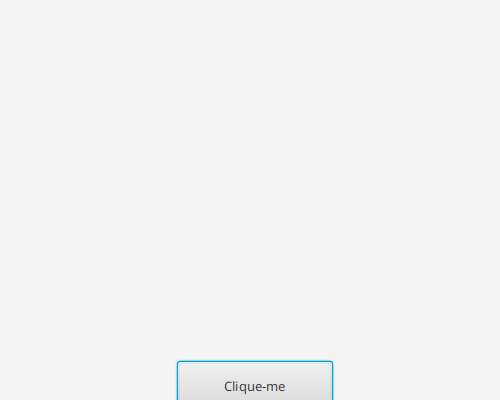
Repository: pydawan/Java_FX
Program's window: java workspace/JavaFX_ProjetoSceneBuilder_CSS_3/src/application/Main.java
These files come from the project's save history. The program's window is drawn as it stood at one moment and after the next save; the edit follows.
It runs on Java 21 on a 1366 x 768 screen with JavaFX 11; the title bar is not drawn. Random numbers start from a fixed seed.

Above is the program's window before, as saved 2016-11-18 16:19:45.

### workspace/JavaFX_ProjetoSceneBuilder_CSS_3/src/application/Main.java
package application;

import javafx.application.Application;
import javafx.fxml.FXMLLoader;
import javafx.stage.Stage;
import javafx.scene.Parent;
import javafx.scene.Scene;
import javafx.scene.layout.BorderPane;


public class Main extends Application {
	@Override
	public void start(Stage primaryStage) {
		try {
			//BorderPane root = new BorderPane();

			Parent root = FXMLLoader.load(getClass().getResource("/application/Main.fxml"));
			Scene scene = new Scene(root,400,400);
			scene.getStylesheets().add(getClass().getResource("application.css").toExternalForm());
			primaryStage.setScene(scene);
			primaryStage.show();
		} catch(Exception e) {
			e.printStackTrace();
		}
	}

	public static void main(String[] args) {
		launch(args);
	}
}

### workspace/JavaFX_ProjetoSceneBuilder_CSS_3/src/application/ControleRandom.java
package application;

import java.util.Random;

import javafx.event.ActionEvent;
import javafx.fxml.FXML;
import javafx.scene.control.Label;

public class ControleRandom {

	@FXML
	private Label label;
	public void generateRandom(ActionEvent evento){

		Random random = new Random();
		int myRandom = random.nextInt(70)+1;
		label.setText(Integer.toString(myRandom));
	}

}

### workspace/JavaFX_ProjetoSceneBuilder_CSS_3/src/application/Main.fxml
<?xml version="1.0" encoding="UTF-8"?>

<?import javafx.scene.control.*?>
<?import java.lang.*?>
<?import javafx.scene.*?>
<?import javafx.scene.layout.*?>
<?import javafx.scene.layout.AnchorPane?>

<AnchorPane prefHeight="500" prefWidth="500" xmlns="http://javafx.com/javafx/8" xmlns:fx="http://javafx.com/fxml/1" fx:controller="application.ControleRandom">
   <children>
      <Button fx:id="click" layoutX="177.0" layoutY="361.0" mnemonicParsing="false" onAction="#generateRandom" prefHeight="50.0" prefWidth="156.0" text="Clique-me" />
      <Label alignment="CENTER" layoutX="184.0" layoutY="188.0" prefHeight="17.0" prefWidth="156.0" />
      <Label fx:id="label" alignment="CENTER" layoutX="182.0" layoutY="242.0" prefHeight="17.0" prefWidth="163.0" />
   </children>
</AnchorPane>

Loaded but not shown: workspace/JavaFX_ProjetoSceneBuilder_CSS_3/src/application/application.css (common file)

After the next save:
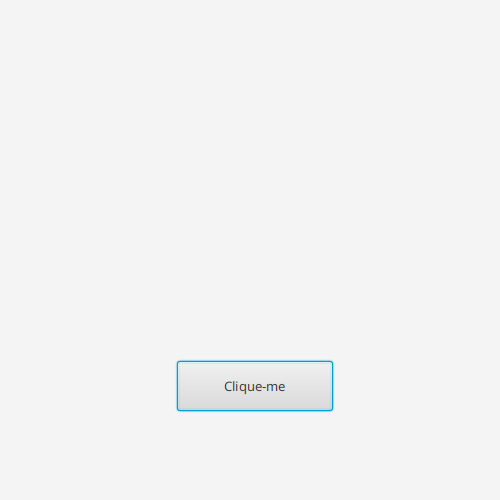
Saved 86 s later.
--- a/workspace/JavaFX_ProjetoSceneBuilder_CSS_3/src/application/Main.java
+++ b/workspace/JavaFX_ProjetoSceneBuilder_CSS_3/src/application/Main.java
@@ -15,7 +15,7 @@
 			//BorderPane root = new BorderPane();
 
 			Parent root = FXMLLoader.load(getClass().getResource("/application/Main.fxml"));
-			Scene scene = new Scene(root,400,400);
+			Scene scene = new Scene(root);
 			scene.getStylesheets().add(getClass().getResource("application.css").toExternalForm());
 			primaryStage.setScene(scene);
 			primaryStage.show();
